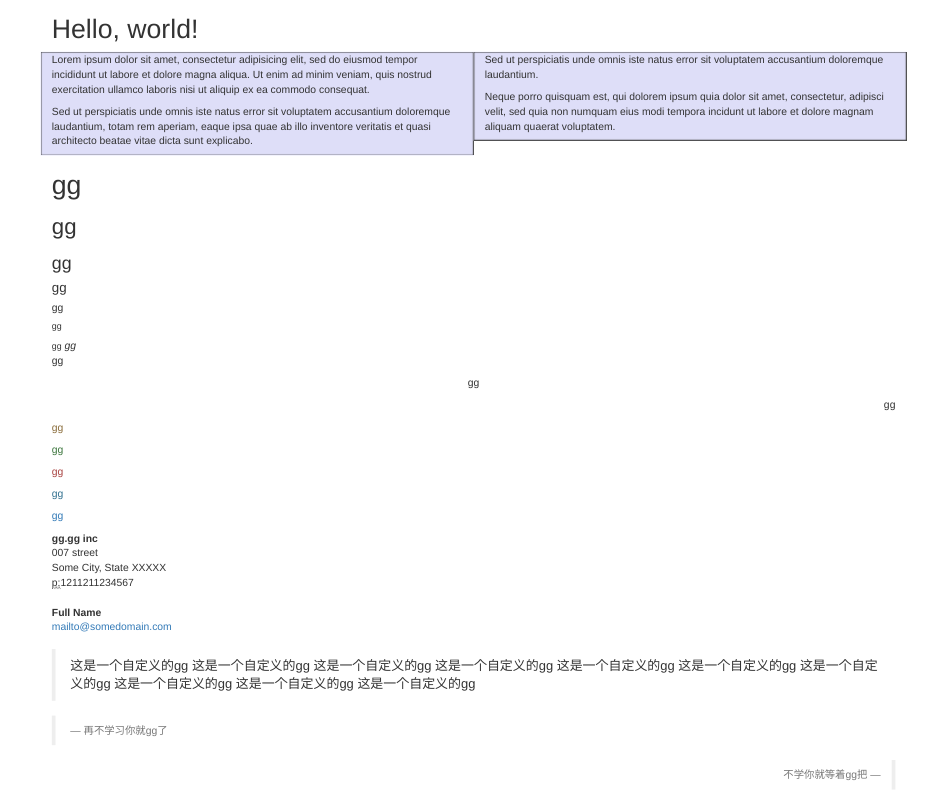
Repository: SnugHAN/eshop_real
Page: eshop_han/gg_shop/WebContent/test.html
The author's editor kept a copy of each file at every save. The page is drawn from the files as they stood at one save, then again after the next save.
The browser window is 1280 px wide. The pictures show the whole page, at 74% of full size.

Above is the page before, as saved 2017-05-26 08:06:50.
Console error (its wording comes from the project's code and is left out).

### eshop_han/gg_shop/WebContent/test.html
<!DOCTYPE html>
<html>
<head>
   <meta charset="utf-8">
   <meta name="viewport" content="width=deceive-width,
                                  initial-scale=1.0,
                                  maxmum-scale=1.0,
                                  user-scalable=no


   ">
   <title>测试一下bootstrap好用不</title>
  <link rel="stylesheet" href="bootstrap-3.3.7-dist/css/bootstrap.min.css">
  <link rel="stylesheeet" href="css/login.css">
   <script src="bootstrap-3.3.7-dist/js/bootstrap.min.js"></script>

</head>
<body>
    <div class="container">
    <h1>Hello, world!</h1>

    <div class="row">
        <div class="col-md-6"  style="background-color: #dedef8; box-shadow: inset 1px -1px 1px #444, inset -1px 1px 1px #444;">
            <p>Lorem ipsum dolor sit amet, consectetur adipisicing elit, sed do
            eiusmod tempor incididunt ut labore et dolore magna aliqua. Ut
            enim ad minim veniam, quis nostrud exercitation ullamco laboris
            nisi ut aliquip ex ea commodo consequat.
            </p>

            <p>Sed ut perspiciatis unde omnis iste natus error sit voluptatem
            accusantium doloremque laudantium, totam rem aperiam, eaque ipsa
            quae ab illo inventore veritatis et quasi architecto beatae vitae
            dicta sunt explicabo.
            </p>
        </div>

        <div class="col-md-6" style="background-color: #dedef8;box-shadow: inset 1px -1px 1px #444, inset -1px 1px 1px #444;">
            <p>Sed ut perspiciatis unde omnis iste natus error sit voluptatem
            accusantium doloremque laudantium.
            </p>

            <p> Neque porro quisquam est, qui dolorem ipsum quia dolor sit amet,
            consectetur, adipisci velit, sed quia non numquam eius modi
            tempora incidunt ut labore et dolore magnam aliquam quaerat
            voluptatem.
            </p>
        </div>
    </div>
    <div class="font">
    <h1>gg</h1>
    <h2>gg</h2>
    <h3>gg</h3>
    <h4>gg</h4>
    <h5>gg</h5>
    <h6>gg</h6>
    <small>gg</small>
    <em>gg</em>
    <p class="text-left">gg</p>
    <p class="text-center">gg</p>
    <p class="text-right">gg</p>
    <p class="text-warning">gg</p>
    <p class="text-success">gg</p>
    <p class="text-danger">gg</p>
    <p class="text-info">gg</p>
    <p class="text-primary">gg</p>
    </div>
    <address>
    <strong>gg.gg  inc</strong><br>
    007 street<br>
  Some City, State XXXXX<br>
  <abbr title="Phone">p:</abbr>1211211234567

    </address>
    <address>
    <strong>Full Name</strong><br>
  <a href="mailto:#">mailto@somedomain.com</a>
    </address>
    <blockquote><p>这是一个自定义的gg 这是一个自定义的gg 这是一个自定义的gg 这是一个自定义的gg 这是一个自定义的gg
    这是一个自定义的gg 这是一个自定义的gg 这是一个自定义的gg 这是一个自定义的gg 这是一个自定义的gg</p></blockquote>
<blockquote>
<small>再不学习你就gg了</small>

</blockquote>
<blockquote class="pull-right">
<small>不学你就等着gg把</small>
</blockquote>

</div>

</body>
</html>

Loaded but not shown: eshop_han/gg_shop/WebContent/bootstrap-3.3.7-dist/css/bootstrap.min.css (library); eshop_han/gg_shop/WebContent/bootstrap-3.3.7-dist/js/bootstrap.min.js (library)

After the next save:
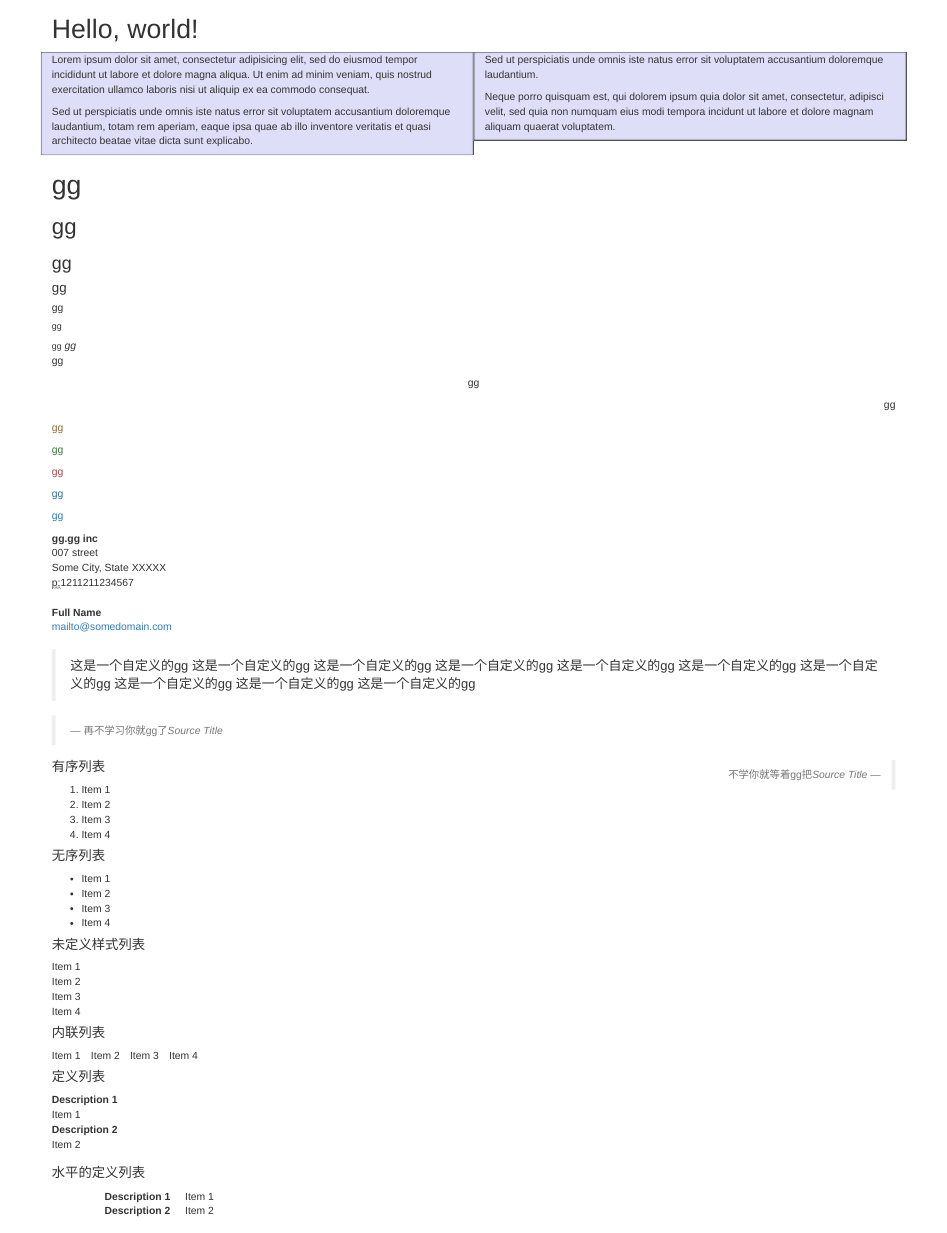
Saved 8 min 59 s later.
--- a/eshop_han/gg_shop/WebContent/test.html
+++ b/eshop_han/gg_shop/WebContent/test.html
@@ -78,13 +78,54 @@
     <blockquote><p>这是一个自定义的gg 这是一个自定义的gg 这是一个自定义的gg 这是一个自定义的gg 这是一个自定义的gg
     这是一个自定义的gg 这是一个自定义的gg 这是一个自定义的gg 这是一个自定义的gg 这是一个自定义的gg</p></blockquote>
 <blockquote>
-<small>再不学习你就gg了</small>
+<small>再不学习你就gg了<cite title="Source Title">Source Title</cite></small>
 
 </blockquote>
 <blockquote class="pull-right">
-<small>不学你就等着gg把</small>
+<small>不学你就等着gg把<cite title="Source Title">Source Title</cite></small>
 </blockquote>
-
+<h4>有序列表</h4>
+<ol>
+  <li>Item 1</li>
+  <li>Item 2</li>
+  <li>Item 3</li>
+  <li>Item 4</li>
+</ol>
+<h4>无序列表</h4>
+<ul>
+  <li>Item 1</li>
+  <li>Item 2</li>
+  <li>Item 3</li>
+  <li>Item 4</li>
+</ul>
+<h4>未定义样式列表</h4>
+<ul class="list-unstyled">
+  <li>Item 1</li>
+  <li>Item 2</li>
+  <li>Item 3</li>
+  <li>Item 4</li>
+</ul>
+<h4>内联列表</h4>
+<ul class="list-inline">
+  <li>Item 1</li>
+  <li>Item 2</li>
+  <li>Item 3</li>
+  <li>Item 4</li>
+</ul>
+<h4>定义列表</h4>
+<dl>
+  <dt>Description 1</dt>
+  <dd>Item 1</dd>
+  <dt>Description 2</dt>
+  <dd>Item 2</dd>
+</dl>
+<h4>水平的定义列表</h4>
+<dl class="dl-horizontal">
+  <dt>Description 1</dt>
+  <dd>Item 1</dd>
+  <dt>Description 2</dt>
+  <dd>Item 2</dd>
+</dl>
 </div>
 
 </body>
